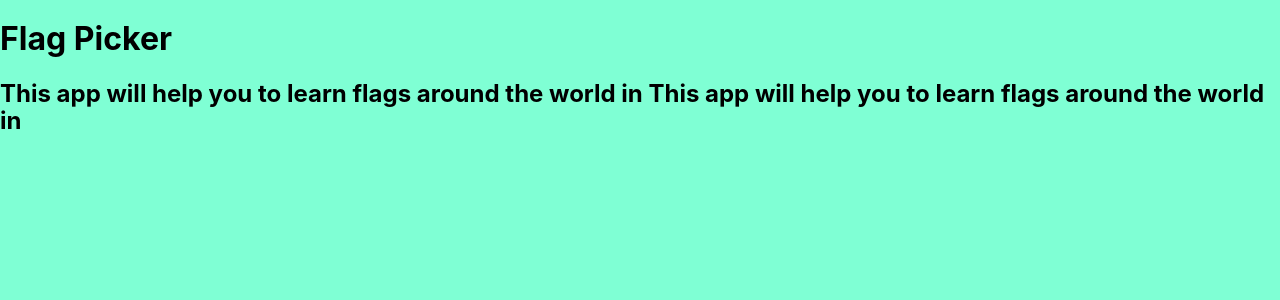
Repository: paras-shah/flag-app
Page: /
An editor plug-in stored every save of this project. The page is shown before and after the next save, followed by the edit.
The browser window is 1280 px wide. The pictures show the whole page.
The project was rebuilt for these pictures with package versions that can differ from the ones it lists, and the page was loaded fresh each time.

Above is the page before, as saved 2020-02-11 21:27:30.

### public/index.html
<!DOCTYPE html>
<html lang="en">
  <head>
    <meta charset="utf-8" />
    <link rel="icon" href="%PUBLIC_URL%/favicon.ico" />
    <meta name="viewport" content="width=device-width, initial-scale=1" />
    <meta name="theme-color" content="#000000" />
    <meta
      name="description"
      content="Web site created using create-react-app"
    />
    <link rel="apple-touch-icon" href="%PUBLIC_URL%/logo192.png" />
    <link href="https://fonts.googleapis.com/css?family=Roboto&display=swap" rel="stylesheet">
    <!--
      manifest.json provides metadata used when your web app is installed on a
      user's mobile device or desktop. See https://developers.google.com/web/fundamentals/web-app-manifest/
    -->
    <link rel="manifest" href="%PUBLIC_URL%/manifest.json" />
    <!--
      Notice the use of %PUBLIC_URL% in the tags above.
      It will be replaced with the URL of the `public` folder during the build.
      Only files inside the `public` folder can be referenced from the HTML.

      Unlike "/favicon.ico" or "favicon.ico", "%PUBLIC_URL%/favicon.ico" will
      work correctly both with client-side routing and a non-root public URL.
      Learn how to configure a non-root public URL by running `npm run build`.
    -->
    <title>Flag App</title>
  </head>
  <body>
    <noscript>You need to enable JavaScript to run this app.</noscript>
    <div id="root"></div>
    <!--
      This HTML file is a template.
      If you open it directly in the browser, you will see an empty page.

      You can add webfonts, meta tags, or analytics to this file.
      The build step will place the bundled scripts into the <body> tag.

      To begin the development, run `npm start` or `yarn start`.
      To create a production bundle, use `npm run build` or `yarn build`.
    -->
  </body>
</html>

### src/index.js
import React from 'react';
import ReactDOM from 'react-dom';

import './style/normalize.css';
import './style/index.css';

import App from './App';

ReactDOM.render(<App />, document.getElementById('root'));

### src/style/index.css

body {
  margin: 0;
  font-family: -apple-system, BlinkMacSystemFont, 'Segoe UI', 'Roboto', 'Oxygen',
    'Ubuntu', 'Cantarell', 'Fira Sans', 'Droid Sans', 'Helvetica Neue',
    sans-serif;
  -webkit-font-smoothing: antialiased;
  -moz-osx-font-smoothing: grayscale;
  background-color: aquamarine;
}

.app-main{
  margin:"10% auto";
  padding:"10px";
}

### src/App.js
import React from 'react';

// Components

// Config
import COPY from "./config/copy";
import data from "./config/continents.json";


class App extends React.Component {
  constructor(props) {
    super(props);

    this.state = {
      flagData: null,
      selectedContinent: null,
      selectedCountry: [],
    }
  }

  componentDidMount() {
    this.setState({ flagData: data });
  }


  render() {
    return (
      <main className="app-main">
        <header className="app-header">
          <h1>{COPY.HEADER_TEXT}</h1>
          <h2>{COPY.HEADER_SUBTEXT} <span> {COPY.HEADER_SUBTEXT} </span></h2>
        </header>

        <div className="app-content">
        </div>
      </main>
    );
  }
}

export default App;

### src/config/copy.js
export default {
    HEADER_TEXT : "Flag Picker",
    HEADER_SUBTEXT : "This app will help you to learn flags around the world in",
    HEADER_SUBTEXT_TWO : "3 steps",
};

### src/config/continents.json
[
	{
		"continent": "Africa",
		"countries": [
			{
				"name": "Nigeria",
				"flag": "🇳🇬"
			},
			{
				"name": "Ethiopia",
				"flag": "🇪🇹"
			},
			{
				"name": "Egypt",
				"flag": "🇪🇬"
			},
			{
				"name": "DR Congo",
				"flag": "🇨🇩"
			},
			{
				"name": "South Africa",
				"flag": "🇿🇦"
			}
		]
	},
	{
		"continent": "America",
		"countries": [
			{
				"name": "USA",
				"flag": "🇺🇸"
			},
			{
				"name": "Brazil",
				"flag": "🇧🇷"
			},
			{
				"name": "Mexico",
				"flag": "🇲🇽"
			},
			{
				"name": "Colombia",
				"flag": "🇨🇴"
			},
			{
				"name": "Argentina",
				"flag": "🇦🇷"
			}
		]
	},
	{
		"continent": "Asia",
		"countries": [
			{
				"name": "China",
				"flag": "🇨🇳"
			},
			{
				"name": "India",
				"flag": "🇮🇳"
			},
			{
				"name": "Indonesia",
				"flag": "🇮🇩"
			},
			{
				"name": "Pakistan",
				"flag": "🇵🇰"
			},
			{
				"name": "Bangladesh",
				"flag": "🇧🇩"
			}
		]
	},
	{
		"continent": "Europe",
		"countries": [
			{
				"name": "Russia",
				"flag": "🇷🇺"
			},
			{
				"name": "Germany",
				"flag": "🇩🇪"
			},
			{
				"name": "UK",
				"flag": "🇬🇧"
			},
			{
				"name": "France",
				"flag": "🇫🇷"
			},
			{
				"name": "Italy",
				"flag": "🇮🇹"
			}
		]
	},
	{
		"continent": "Oceania",
		"countries": [
			{
				"name": "Australia",
				"flag": "🇦🇺"
			},
			{
				"name": "Papua New Guinea",
				"flag": "🇵🇬"
			},
			{
				"name": "New Zealand",
				"flag": "🇳🇿"
			},
			{
				"name": "Fiji",
				"flag": "🇫🇯"
			},
			{
				"name": "Solomon Islands",
				"flag": "🇸🇧"
			}
		]
	}
]

Loaded but not shown: src/style/normalize.css (library)

After the next save:
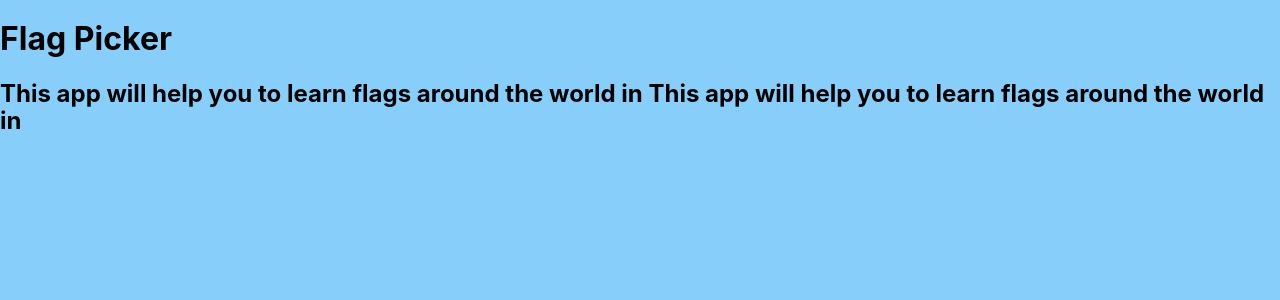
Saved 64 s later.
--- a/src/style/index.css
+++ b/src/style/index.css
@@ -6,7 +6,7 @@ body {
     sans-serif;
   -webkit-font-smoothing: antialiased;
   -moz-osx-font-smoothing: grayscale;
-  background-color: aquamarine;
+  background-color: lightskyblue;
 }
 
 .app-main{
